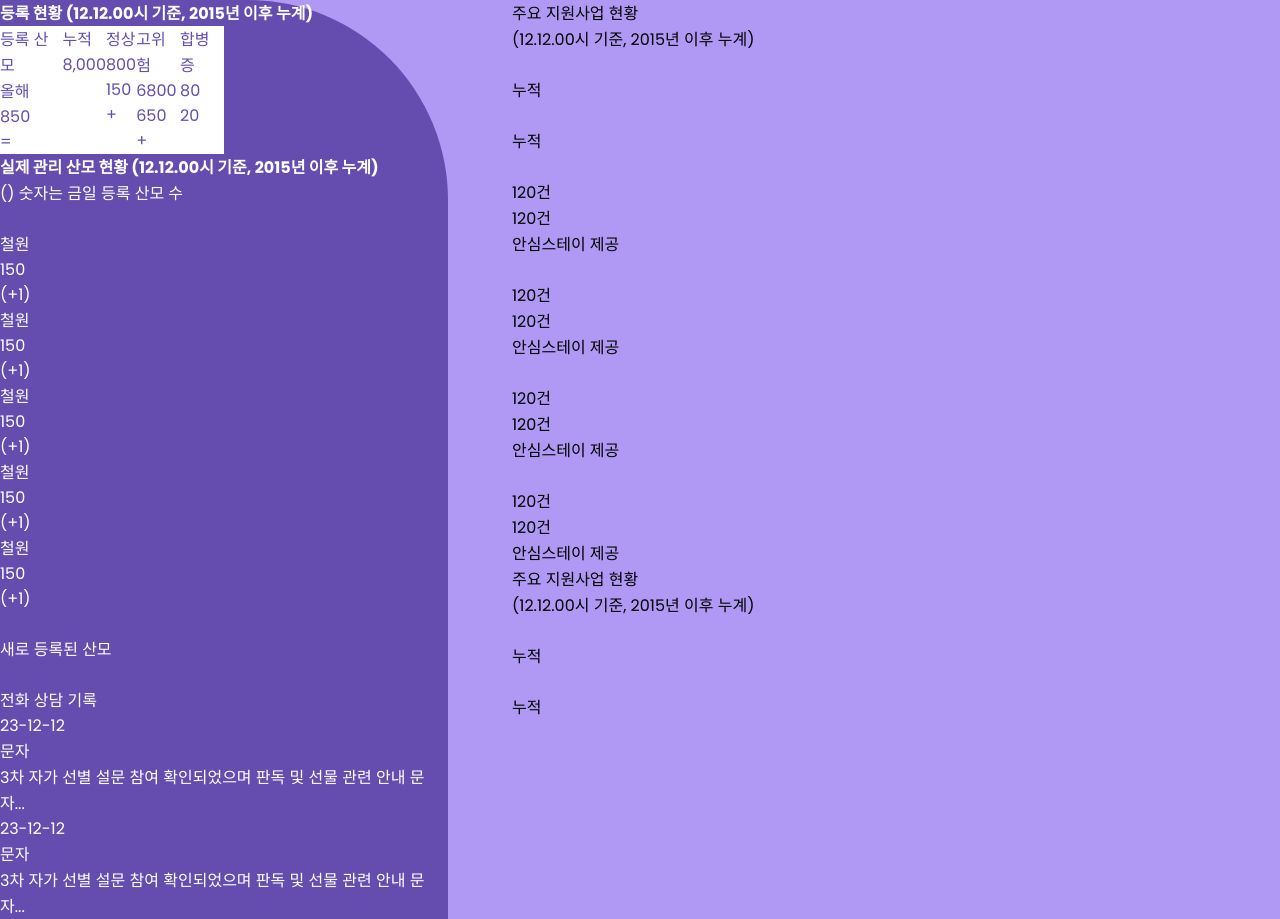
Repository: giapchicuong/Perganancy_Web
Page: index.html
These files come from the project's save history. The page is drawn as it stood at one moment and after the next save; the edit follows.
The browser window is 1280 px wide. The pictures show the whole page.

Above is the page before, as saved 2024-03-06 12:39:56.

### index.html
<!DOCTYPE html>
<html lang="en">

<head>
    <meta charset="UTF-8">
    <meta name="viewport" content="width=device-width, initial-scale=1.0">
    <title>Perganancy Web</title>
    <link rel="stylesheet" href="./assets/base.css">
    <link rel="stylesheet" href="./assets/style.css">
</head>

<body>
    <!-- .block -->
    <!-- .block__element -->
    <!-- .block__element--modifier -->
    <!-- card
    card__image
    card__description
    card__button--submit
    card__button--cancel -->
    <div class="app">
        <div class="main">
            <section class="advertising">
                <div class="advertising-left">
                    <div class="advertising-left__title">등록 현황 (12.12.00시 기준, 2015년 이후 누계)</div>
                    <div class="advertising-left__item-list">
                        <div class="advertising-left__item">
                            <div class="advertising-left__item--white">
                                <div class="advertising-left__item-title">등록 산모</div>
                                <div class="advertising-left__item-desc">
                                    <div class="advertising-left__item-desc-text">누적</div>
                                    <div class="advertising-left__item-desc-number">8,000</div>
                                </div>
                            </div>
                            <div class="advertising-left__item-bottom">
                                <div class="advertising-left__item-bottom-text">올해</div>
                                <div class="advertising-left__item-bottom-number">850</div>
                            </div>
                            <div class="calculation">=</div>
                        </div>
                        <div class="advertising-left__item">
                            <div class="advertising-left__item-title">정상</div>
                            <div class="advertising-left__item-desc">
                                <div class="advertising-left__item-desc-number">800</div>
                            </div>
                            <div class="advertising-left__item-bottom">
                                <div class="advertising-left__item-bottom-number">150</div>
                            </div>
                            <div class="calculation">+</div>
                        </div>
                        <div class="advertising-left__item">
                            <div class="advertising-left__item-title">고위험</div>
                            <div class="advertising-left__item-desc">
                                <div class="advertising-left__item-desc-number">6800</div>
                            </div>
                            <div class="advertising-left__item-bottom">
                                <div class="advertising-left__item-bottom-number">650</div>
                            </div>
                            <div class="calculation">+</div>
                        </div>
                        <div class="advertising-left__item">
                            <div class="advertising-left__item-title">합병증</div>
                            <div class="advertising-left__item-desc">
                                <div class="advertising-left__item-desc-number">80</div>
                            </div>
                            <div class="advertising-left__item-bottom">
                                <div class="advertising-left__item-bottom-number">20</div>
                            </div>
                        </div>
                    </div>
                    <div class="advertising-left__title">실제 관리 산모 현황 (12.12.00시 기준, 2015년 이후 누계)</div>
                    <div class="advertising-left__desc">() 숫자는 금일 등록 산모 수</div>
                    <div class="advertising-left__map">
                        <img src="" alt="" class="advertising-left__map-image">
                        <div class="advertising-left__map-item-list-top">
                            <div class="advertising-left__map-item">
                                <div class="advertising-left__map-item-title">철원</div>
                                <div class="advertising-left__map-item-number">150</div>
                                <div class="advertising-left__map-item-desc">(+1)</div>
                            </div>
                            <div class="advertising-left__map-item">
                                <div class="advertising-left__map-item-title">철원</div>
                                <div class="advertising-left__map-item-number">150</div>
                                <div class="advertising-left__map-item-desc">(+1)</div>
                            </div>
                        </div>
                        <div class="advertising-left__map-item-list-center">
                            <div class="advertising-left__map-item">
                                <div class="advertising-left__map-item-title">철원</div>
                                <div class="advertising-left__map-item-number">150</div>
                                <div class="advertising-left__map-item-desc">(+1)</div>
                            </div>
                            <div class="advertising-left__map-item">
                                <div class="advertising-left__map-item-title">철원</div>
                                <div class="advertising-left__map-item-number">150</div>
                                <div class="advertising-left__map-item-desc">(+1)</div>
                            </div>
                        </div>
                        <div class="advertising-left__map-item-list-botom">
                            <div class="advertising-left__map-item">
                                <div class="advertising-left__map-item-title">철원</div>
                                <div class="advertising-left__map-item-number">150</div>
                                <div class="advertising-left__map-item-desc">(+1)</div>
                            </div>
                        </div>
                    </div>
                    <div class="advertising-left__box">
                        <div class="advertising-left__box-title">
                            <img src="" alt="" class="advertising-left__box-title-icon">
                            <div class="advertising-left__box-title-text">새로 등록된 산모</div>
                        </div>
                        <div class="advertising-left__box-message-list">
                            <div class="advertising-left__box-message-item">
                                <div class="advertising-left__box-message-item-date"></div>
                                <div class="advertising-left__box-message-item-text"></div>
                            </div>
                        </div>
                    </div>
                    <div class="advertising-left__box">
                        <div class="advertising-left__box-title">
                            <img src="" alt="" class="advertising-left__box-title-icon">
                            <div class="advertising-left__box-title-text">전화 상담 기록</div>
                        </div>
                        <div class="advertising-left__box-message-list">
                            <div class="advertising-left__box-message-item">
                                <div class="advertising-left__box-message-item-date">23-12-12</div>
                                <div class="advertising-left__box-message-item-name">문자</div>
                                <div class="advertising-left__box-message-item-text">3차 자가 선별 설문 참여 확인되었으며 판독 및 선물 관련 안내
                                    문자...</div>
                            </div>
                            <div class="advertising-left__box-message-item">
                                <div class="advertising-left__box-message-item-date">23-12-12</div>
                                <div class="advertising-left__box-message-item-name">문자</div>
                                <div class="advertising-left__box-message-item-text">3차 자가 선별 설문 참여 확인되었으며 판독 및 선물 관련 안내
                                    문자...</div>
                            </div>
                        </div>
                    </div>
                </div>
                <div class="advertising-right">
                    <div class="advertising-right-item">
                        <div class="advertising-right-item-top">
                            <div class="advertising-right-item-top-left">
                                <div class="advertising-right-item-top__title">주요 지원사업 현황</div>
                                <div class="advertising-right-item-top__desc">(12.12.00시 기준, 2015년 이후 누계)</div>
                            </div>
                            <div class="advertising-right-item-top-right">
                                <div class="advertising-right-item-top-item">
                                    <img src="" alt="" class="advertising-right-item-top-item__icon">
                                    <div class="advertising-right-item-top-item__text">누적</div>
                                </div>
                                <div class="advertising-right-item-top-item">
                                    <img src="" alt="" class="advertising-right-item-top-item__icon">
                                    <div class="advertising-right-item-top-item__text">누적</div>
                                </div>
                            </div>
                        </div>
                        <div class="advertising-right-item-card-list">
                            <div class="advertising-right-item-card">
                                <div class="advertising-right-item-card-provide">
                                    <img src="" alt="" class="advertising-right-item-card__image">
                                    <div class="advertising-right-item-card__image-number">
                                        <div class="advertising-right-item-card__image-number-large">120건</div>
                                        <div class="advertising-right-item-card__image-number-small">120건</div>
                                    </div>
                                </div>
                                <div class="advertising-right-item-card-content">안심스테이 제공</div>
                            </div>
                            <div class="advertising-right-item-card">
                                <div class="advertising-right-item-card-provide">
                                    <img src="" alt="" class="advertising-right-item-card__image">
                                    <div class="advertising-right-item-card__image-number">
                                        <div class="advertising-right-item-card__image-number-large">120건</div>
                                        <div class="advertising-right-item-card__image-number-small">120건</div>
                                    </div>
                                </div>
                                <div class="advertising-right-item-card-content">안심스테이 제공</div>
                            </div>
                            <div class="advertising-right-item-card">
                                <div class="advertising-right-item-card-provide">
                                    <img src="" alt="" class="advertising-right-item-card__image">
                                    <div class="advertising-right-item-card__image-number">
                                        <div class="advertising-right-item-card__image-number-large">120건</div>
                                        <div class="advertising-right-item-card__image-number-small">120건</div>
                                    </div>
                                </div>
                                <div class="advertising-right-item-card-content">안심스테이 제공</div>
                            </div>
                            <div class="advertising-right-item-card">
                                <div class="advertising-right-item-card-provide">
                                    <img src="" alt="" class="advertising-right-item-card__image">
                                    <div class="advertising-right-item-card__image-number">
                                        <div class="advertising-right-item-card__image-number-large">120건</div>
                                        <div class="advertising-right-item-card__image-number-small">120건</div>
                                    </div>
                                </div>
                                <div class="advertising-right-item-card-content">안심스테이 제공</div>
                            </div>
                        </div>
                    </div>
                    <div class="advertising-right-item">
                        <div class="advertising-right-item-top">
                            <div class="advertising-right-item-top-left">
                                <div class="advertising-right-item-top__title">주요 지원사업 현황</div>
                                <div class="advertising-right-item-top__desc">(12.12.00시 기준, 2015년 이후 누계)</div>
                            </div>
                            <div class="advertising-right-item-top-right">
                                <div class="advertising-right-item-top-item">
                                    <img src="" alt="" class="advertising-right-item-top-item__icon">
                                    <div class="advertising-right-item-top-item__text">누적</div>
                                </div>
                                <div class="advertising-right-item-top-item">
                                    <img src="" alt="" class="advertising-right-item-top-item__icon">
                                    <div class="advertising-right-item-top-item__text">누적</div>
                                </div>
                            </div>
                        </div>
                        <div class="advertising-right-item__btn-list">
                            <div class="advertising-right-item__btn-item">
                                <div class="advertising-right-item__btn">
                                    <img src="" alt="" class="advertising-right-item__btn-icon" />
                                    <div class="advertising-right-item__btn-text"></div>
                                    <div class="advertising-right-item__btn-notification"></div>
                                </div>
                                <div class="advertising-right-item__btn-content"></div>
                            </div>
                            <div class="advertising-right-item__btn-item">
                                <div class="advertising-right-item__btn">
                                    <img src="" alt="" class="advertising-right-item__btn-icon" />
                                    <div class="advertising-right-item__btn-text"></div>
                                    <div class="advertising-right-item__btn-notification"></div>
                                </div>
                                <div class="advertising-right-item__btn-content"></div>
                            </div>
                            <div class="advertising-right-item__btn-item">
                                <div class="advertising-right-item__btn">
                                    <img src="" alt="" class="advertising-right-item__btn-icon" />
                                    <div class="advertising-right-item__btn-text"></div>
                                    <div class="advertising-right-item__btn-notification"></div>
                                </div>
                                <div class="advertising-right-item__btn-content"></div>
                            </div>
                            <div class="advertising-right-item__btn-item">
                                <div class="advertising-right-item__btn">
                                    <img src="" alt="" class="advertising-right-item__btn-icon" />
                                    <div class="advertising-right-item__btn-text"></div>
                                    <div class="advertising-right-item__btn-notification"></div>
                                </div>
                                <div class="advertising-right-item__btn-content"></div>
                            </div>
                        </div>
                    </div>
                    <div class="advertising-right-item">
                        <div class="advertising-right-item-left">
                            <div class="advertising-right-item-left-text">
                                <div class="advertising-right-item-left__title"></div>
                                <div class="advertising-right-item-desc"></div>
                            </div>
                            <div class="advertising-right-item-number"></div>
                        </div>
                        <div class="advertising-right-item-right">

                        </div>
                    </div>
                    <div class="advertising-right-item">
                        <div class="advertising-right-item-message-list">
                            <div class="advertising-right-item-message-item">
                                <div class="advertising-right-item-message-text">
                                    <div class="advertising-right-item-message__title"></div>
                                    <div class="advertising-right-item-message__desc"></div>
                                </div>
                                <div class="advertising-right-item-message-number">
                                    <div class="advertising-right-item-message-number-icon"></div>
                                    <div class="advertising-right-item-message-number-text"></div>
                                    <div class="advertising-right-item-message-number-case"></div>
                                </div>
                            </div>
                            <div class="advertising-right-item-message-item">
                                <div class="advertising-right-item-message-text">
                                    <div class="advertising-right-item-message__title"></div>
                                    <div class="advertising-right-item-message__desc"></div>
                                </div>
                                <div class="advertising-right-item-message-number">
                                    <div class="advertising-right-item-message-number-icon"></div>
                                    <div class="advertising-right-item-message-number-text"></div>
                                    <div class="advertising-right-item-message-number-case"></div>
                                </div>
                            </div>
                        </div>
                    </div>
                </div>
            </section>
        </div>
    </div>
</body>

</html>

### assets/base.css
@import url('https://fonts.googleapis.com/css2?family=Poppins:ital,wght@0,100;0,200;0,300;0,400;0,500;0,600;0,700;0,800;0,900;1,100;1,200; 1.300;1.400;1.500;1.600;1.700;1.800;1.900&display=swap');

* {
    margin: 0;
    padding: 0;
    box-sizing: border-box;
    font-family: 'Poppins' , sans-serif;
    background-repeat: no-repeat;
    background-position: 40% ;
}
html, body {
    width: 100%;
    height: 100%;
    background-attachment: fixed;
    /* background-size: cover; */
}
:root {
    --primary: #644DAF;
    --secondary: #AF99F4;
    --purple: #E7E3FF;
    --lightPurple: #E6E6FA;
    --pink: #EF9C98;
    --white: #FFFFFF;
    --gray: #D8D8D8;
    --gray2: #EBEBEB;
    --gray3: #F4F4F4;
}

### assets/style.css
.advertising {
    display: flex;
    gap: 0% 5%;

}
.main {
    background-color: var(--secondary);
    height: 100%;
    background-size: cover;
}
.advertising-left {
    width: 35%;
    background-color: var(--primary);
    border-top-right-radius: 200px 200px;
    color: var(--white);
}
.advertising-left__title{
    font-weight: bold;

}
.advertising-left__item-list{
    display: flex;
    width: 50%;
    background-color: var(--white);
    color: var(--primary)
}
.advertising-left__item--white{
    display: flex;
}
.advertising-left__item{

}
.advertising-left__item-title{
    display: flex;
}
.advertising-left__item-desc{

}
.advertising-left__item-desc-text{

}
.advertising-left__item-desc-number{

}

After the next save:
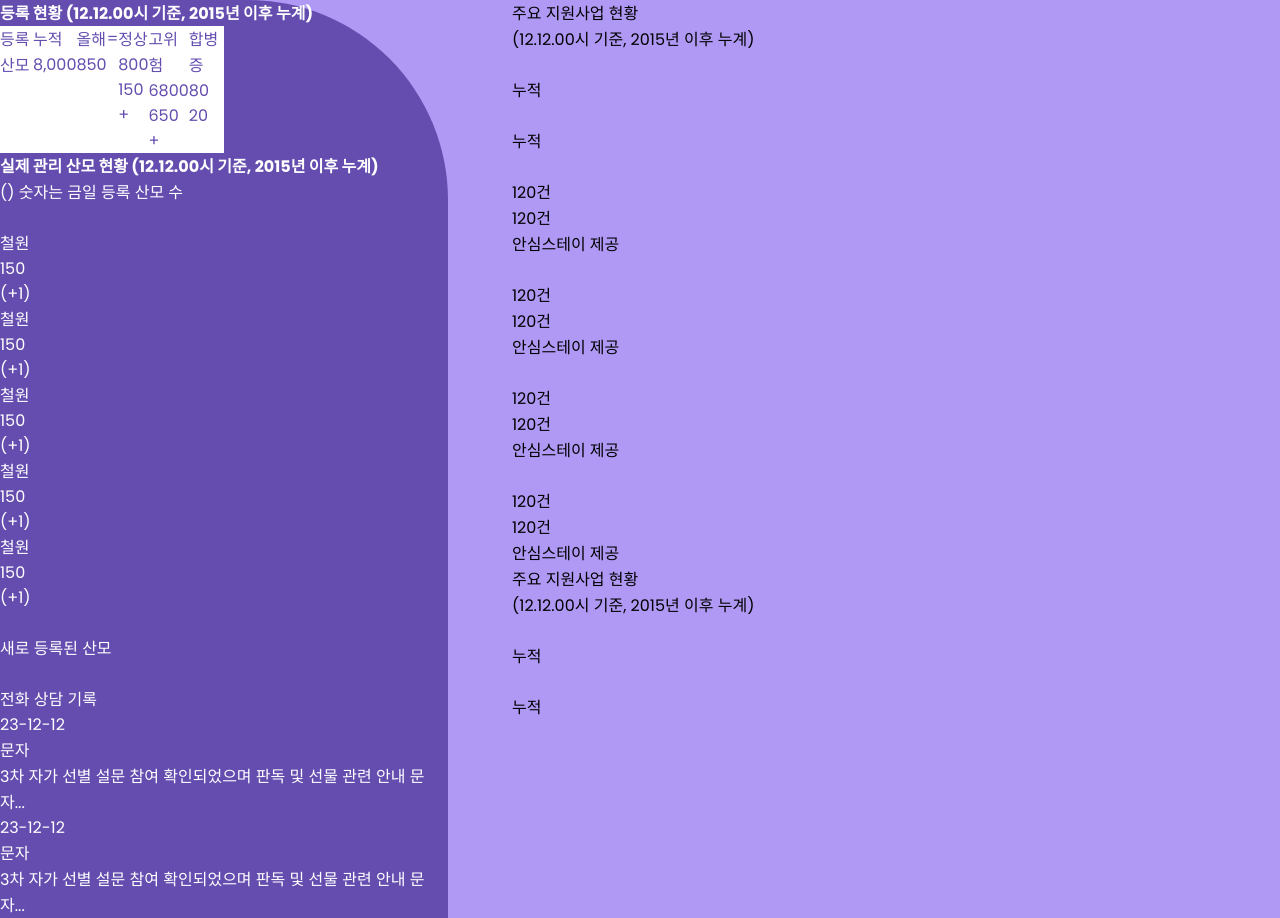
Saved 2 min 39 s later.
--- a/index.html
+++ b/index.html
@@ -31,12 +31,12 @@
                                     <div class="advertising-left__item-desc-text">누적</div>
                                     <div class="advertising-left__item-desc-number">8,000</div>
                                 </div>
-                            </div>
-                            <div class="advertising-left__item-bottom">
-                                <div class="advertising-left__item-bottom-text">올해</div>
-                                <div class="advertising-left__item-bottom-number">850</div>
-                            </div>
-                            <div class="calculation">=</div>
+                                <div class="advertising-left__item-bottom">
+                                    <div class="advertising-left__item-bottom-text">올해</div>
+                                    <div class="advertising-left__item-bottom-number">850</div>
+                                </div>
+                                <div class="calculation">=</div>
+                            </div>
                         </div>
                         <div class="advertising-left__item">
                             <div class="advertising-left__item-title">정상</div>
--- a/assets/style.css
+++ b/assets/style.css
@@ -26,6 +26,7 @@
 }
 .advertising-left__item--white{
     display: flex;
+
 }
 .advertising-left__item{
 
